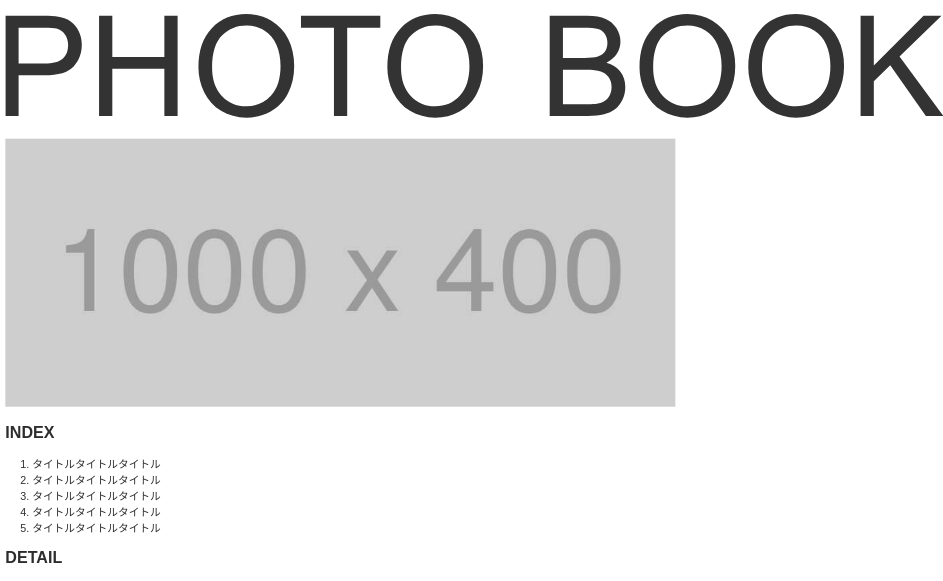
Repository: Fuki-san/photo-book-1
Page: http://localhost/photo
An editor plug-in stored every save of this project. The page is shown before and after a run of saves, followed by the edit.
The browser window is 1280 px wide. The page is 1408 px wide, so the pictures cover 1408 px, including what lies to the right of the window. The pictures show the whole page, at 67% of full size.
The page is served by the project's Laravel application, run on PHP 8.4 with Laravel 10. Other server files are loaded and not shown.

Above is the page before, as saved 2023-11-26 15:36:29.

### routes/web.php
<?php

use Illuminate\Support\Facades\Route;

/*
|--------------------------------------------------------------------------
| Web Routes
|--------------------------------------------------------------------------
|
| Here is where you can register web routes for your application. These
| routes are loaded by the RouteServiceProvider and all of them will
| be assigned to the "web" middleware group. Make something great!
|
*/

Route::get('/', function () {
    return view('welcome');
});

Route::get('photo', function () {
    return view('photo');
});

### resources/views/photo.blade.php
@extends('layouts.main')

@section('title', 'photo')

@section('content')
    <header id="header">
        <h1 class="site-title"><a href="#"><img src="img/logo.svg"></a></h1>
    </header>

    <main>
        <div id="mainvisual">
            <img src="img/mainvisual.jpg">
        </div>
        <section id="index">
            <h2 class="sec-title">INDEX</h2>
            <ol>
                <li>タイトルタイトルタイトル</li>
                <li>タイトルタイトルタイトル</li>
                <li>タイトルタイトルタイトル</li>
                <li>タイトルタイトルタイトル</li>
                <li>タイトルタイトルタイトル</li>
            </ol>
        </section>
        <section id="content">
            <h2 class="sec-title">DETAIL</h2>
            <div class="detail">

            </div>
        </section>
    </main>

    <footer></footer>
@endsection

### resources/views/layouts/main.blade.php
<!DOCTYPE html>
<html lang="ja">
<head>
    <meta charset="UTF-8">
    <meta name="viewport" content="width=device-width, initial-scale=1.0">
    <meta http-equiv="X-UA-Compatible" content="ie=edge">
    <link rel="stylesheet" href="{{ asset('css/reset.css') }}">
    <link rel="stylesheet" href="{{ asset('css/style.css') }}">
    <link rel="icon" href="img/favicon.ico">
    <title>@yield('title')</title>
</head>
<body>
    @yield('content')
</body>
</html>

### public/css/style.css
html{
    font-size: 100%;
}
body{
    color: #2d2d2d;
    font-family: Arial, Helvetica, sans-serif;
}

### public/img/logo.svg
<?xml version="1.0" encoding="utf-8"?>
<!-- Generator: Adobe Illustrator 15.1.0, SVG Export Plug-In . SVG Version: 6.00 Build 0)  -->
<!DOCTYPE svg PUBLIC "-//W3C//DTD SVG 1.1//EN" "http://www.w3.org/Graphics/SVG/1.1/DTD/svg11.dtd">
<svg version="1.1" id="レイヤー_1" xmlns="http://www.w3.org/2000/svg" xmlns:xlink="http://www.w3.org/1999/xlink" x="0px"
	 y="0px" width="1400px" height="156px" viewBox="0 0 1400 156" enable-background="new 0 0 1400 156" xml:space="preserve">
<g>
	<path fill="#333333" d="M0,152.092V2.65h56.373c9.92,0,17.498,0.477,22.731,1.428c7.34,1.223,13.49,3.552,18.451,6.982
		c4.96,3.433,8.953,8.241,11.978,14.425c3.022,6.185,4.536,12.98,4.536,20.387c0,12.709-4.043,23.463-12.129,32.264
		c-8.09,8.802-22.699,13.202-43.834,13.202h-38.33v60.754H0z M19.775,73.702h38.636c12.775,0,21.847-2.379,27.217-7.136
		c5.369-4.757,8.053-11.451,8.053-20.082c0-6.252-1.581-11.604-4.741-16.056c-3.16-4.45-7.324-7.391-12.487-8.817
		c-3.33-0.883-9.481-1.325-18.452-1.325H19.775V73.702z"/>
	<path fill="#333333" d="M139.859,152.092V2.65h19.776v61.367h77.677V2.65h19.775v149.441h-19.775V81.652h-77.677v70.439H139.859z"
		/>
	<path fill="#333333" d="M288.174,79.309c0-24.805,6.66-44.224,19.98-58.258C321.473,7.019,338.667,0,359.735,0
		c13.795,0,26.232,3.298,37.309,9.889c11.076,6.593,19.521,15.784,25.332,27.574c5.811,11.791,8.716,25.163,8.716,40.112
		c0,15.155-3.059,28.713-9.175,40.674c-6.116,11.961-14.781,21.016-25.993,27.166c-11.214,6.15-23.311,9.226-36.291,9.226
		c-14.067,0-26.641-3.398-37.717-10.194c-11.079-6.794-19.471-16.071-25.179-27.829C291.029,104.86,288.174,92.425,288.174,79.309z
		 M308.562,79.614c0,18.01,4.843,32.197,14.527,42.559c9.684,10.364,21.831,15.546,36.442,15.546
		c14.884,0,27.131-5.231,36.75-15.699c9.615-10.464,14.423-25.313,14.423-44.546c0-12.165-2.057-22.784-6.167-31.856
		c-4.112-9.071-10.126-16.106-18.043-21.101c-7.917-4.995-16.804-7.493-26.656-7.493c-14,0-26.046,4.81-36.137,14.425
		C313.608,41.065,308.562,57.121,308.562,79.614z"/>
	<path fill="#333333" d="M490.425,152.092V20.286h-49.237V2.65h118.451v17.636h-49.439v131.806H490.425z"/>
	<path fill="#333333" d="M570.14,79.309c0-24.805,6.658-44.224,19.979-58.258C603.438,7.019,620.632,0,641.7,0
		c13.794,0,26.23,3.298,37.309,9.889c11.076,6.593,19.522,15.784,25.331,27.574c5.813,11.791,8.717,25.163,8.717,40.112
		c0,15.155-3.059,28.713-9.176,40.674c-6.114,11.961-14.779,21.016-25.992,27.166s-23.311,9.226-36.291,9.226
		c-14.068,0-26.641-3.398-37.717-10.194c-11.078-6.794-19.47-16.071-25.179-27.829C572.994,104.86,570.14,92.425,570.14,79.309z
		 M590.526,79.614c0,18.01,4.843,32.197,14.527,42.559c9.685,10.364,21.83,15.546,36.442,15.546
		c14.883,0,27.132-5.231,36.748-15.699c9.615-10.464,14.424-25.313,14.424-44.546c0-12.165-2.057-22.784-6.166-31.856
		c-4.113-9.071-10.127-16.106-18.043-21.101c-7.918-4.995-16.804-7.493-26.658-7.493c-14,0-26.044,4.81-36.136,14.425
		C595.572,41.065,590.526,57.121,590.526,79.614z"/>
	<path fill="#333333" d="M812.43,152.092V2.65h56.066c11.416,0,20.573,1.514,27.472,4.537c6.896,3.024,12.3,7.68,16.209,13.966
		c3.907,6.286,5.861,12.861,5.861,19.724c0,6.39-1.732,12.404-5.198,18.044c-3.467,5.641-8.7,10.193-15.7,13.659
		c9.039,2.65,15.987,7.172,20.848,13.558c4.857,6.389,7.289,13.933,7.289,22.631c0,7-1.479,13.506-4.435,19.521
		c-2.957,6.016-6.612,10.652-10.958,13.915c-4.352,3.261-9.806,5.726-16.363,7.391c-6.558,1.666-14.593,2.497-24.106,2.497H812.43z
		 M832.206,65.444h32.313c8.768,0,15.053-0.576,18.859-1.733c5.027-1.493,8.818-3.975,11.366-7.439
		c2.548-3.468,3.822-7.815,3.822-13.049c0-4.961-1.188-9.328-3.567-13.099c-2.38-3.773-5.776-6.354-10.192-7.748
		c-4.419-1.393-11.997-2.09-22.733-2.09h-29.868V65.444z M832.206,134.457h37.208c6.386,0,10.872-0.237,13.455-0.715
		c4.552-0.814,8.358-2.173,11.417-4.077c3.058-1.901,5.571-4.672,7.544-8.308c1.971-3.634,2.956-7.832,2.956-12.589
		c0-5.571-1.428-10.414-4.281-14.526c-2.854-4.111-6.814-6.999-11.876-8.665c-5.063-1.664-12.354-2.497-21.865-2.497h-34.558
		V134.457z"/>
	<path fill="#333333" d="M946.479,79.309c0-24.805,6.659-44.224,19.979-58.258C979.776,7.019,996.972,0,1018.039,0
		c13.794,0,26.23,3.298,37.309,9.889c11.077,6.593,19.521,15.784,25.331,27.574c5.812,11.791,8.717,25.163,8.717,40.112
		c0,15.155-3.058,28.713-9.175,40.674s-14.781,21.016-25.994,27.166s-23.311,9.226-36.29,9.226
		c-14.068,0-26.641-3.398-37.717-10.194c-11.078-6.794-19.47-16.071-25.18-27.829C949.332,104.86,946.479,92.425,946.479,79.309z
		 M966.865,79.614c0,18.01,4.842,32.197,14.526,42.559c9.685,10.364,21.83,15.546,36.442,15.546
		c14.884,0,27.133-5.231,36.749-15.699c9.615-10.464,14.424-25.313,14.424-44.546c0-12.165-2.057-22.784-6.166-31.856
		c-4.113-9.071-10.127-16.106-18.044-21.101c-7.917-4.995-16.803-7.493-26.657-7.493c-14.001,0-26.044,4.81-36.136,14.425
		C971.91,41.065,966.865,57.121,966.865,79.614z"/>
	<path fill="#333333" d="M1108.865,79.309c0-24.805,6.66-44.224,19.979-58.258C1142.163,7.019,1159.357,0,1180.426,0
		c13.794,0,26.23,3.298,37.31,9.889c11.076,6.593,19.521,15.784,25.332,27.574c5.811,11.791,8.715,25.163,8.715,40.112
		c0,15.155-3.059,28.713-9.175,40.674c-6.115,11.961-14.779,21.016-25.993,27.166s-23.312,9.226-36.29,9.226
		c-14.068,0-26.642-3.398-37.719-10.194c-11.078-6.794-19.469-16.071-25.177-27.829
		C1111.719,104.86,1108.865,92.425,1108.865,79.309z M1129.254,79.614c0,18.01,4.842,32.197,14.525,42.559
		c9.684,10.364,21.831,15.546,36.442,15.546c14.882,0,27.131-5.231,36.749-15.699c9.615-10.464,14.424-25.313,14.424-44.546
		c0-12.165-2.057-22.784-6.167-31.856c-4.113-9.071-10.127-16.106-18.043-21.101c-7.917-4.995-16.804-7.493-26.658-7.493
		c-13.999,0-26.044,4.81-36.135,14.425C1134.298,41.065,1129.254,57.121,1129.254,79.614z"/>
	<path fill="#333333" d="M1276.45,152.092V2.65h19.776V76.76l74.211-74.109h26.81l-62.691,60.552l65.444,88.89h-26.096
		l-53.213-75.638l-24.465,23.854v51.784H1276.45z"/>
</g>
</svg>

After the next 2 saves:
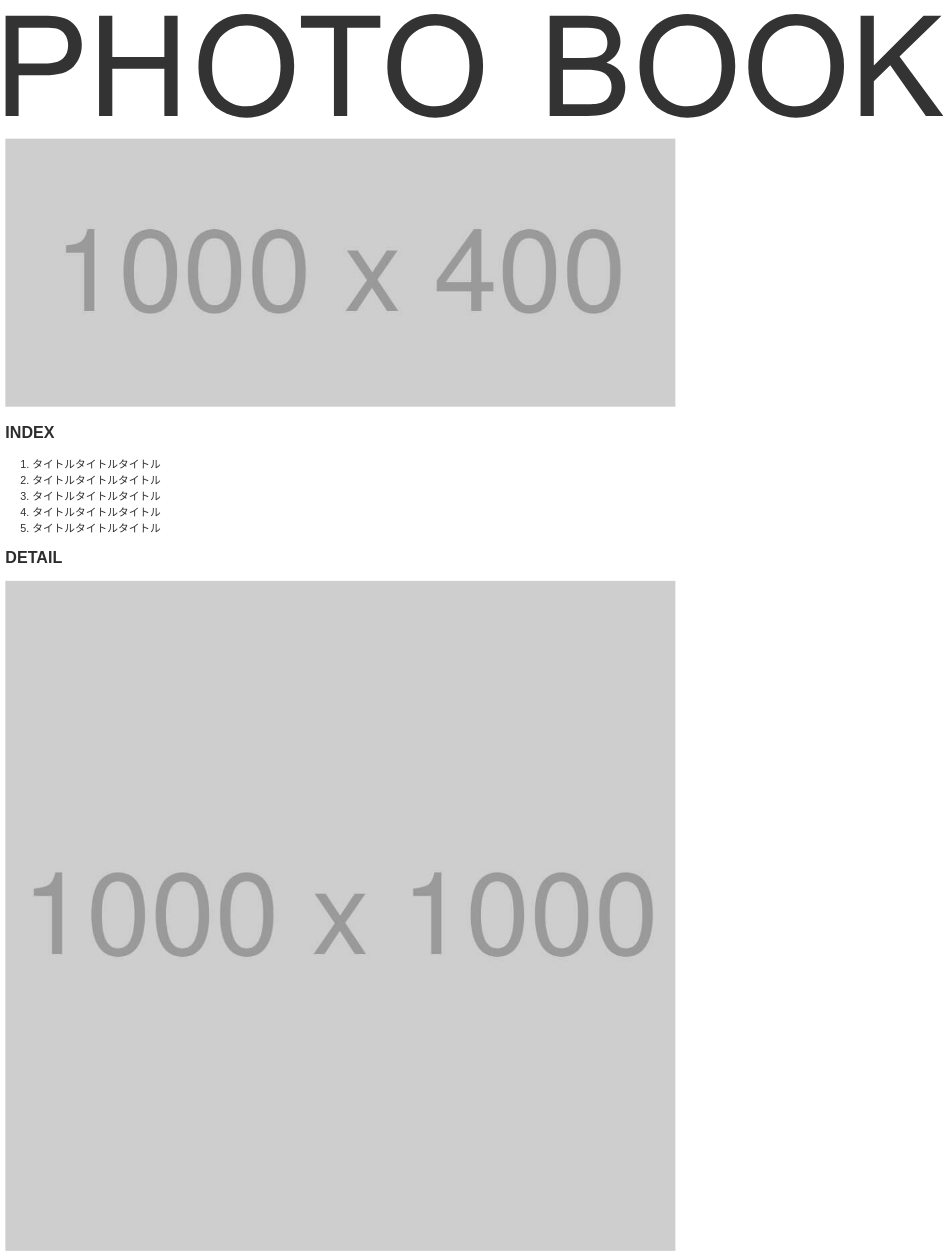
The 2 saves are shown as one change because they came seconds apart.
The last was saved 9 s later.
--- a/resources/views/photo.blade.php
+++ b/resources/views/photo.blade.php
@@ -24,7 +24,7 @@
         <section id="content">
             <h2 class="sec-title">DETAIL</h2>
             <div class="detail">
-
+                <img src="img/detail.jpg">
             </div>
         </section>
     </main>
